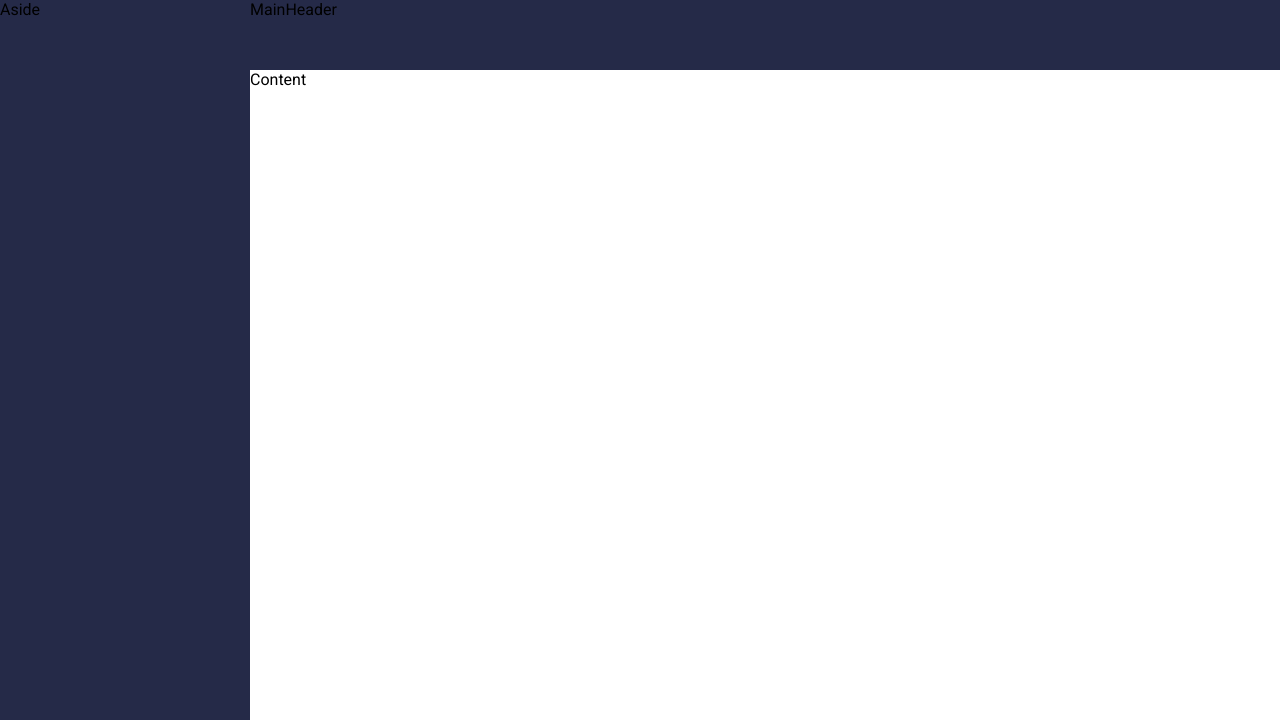
Repository: XFERRER7/dashboard
Page: /
An editor plug-in stored every save of this project. The page is shown before and after the next save, followed by the edit.
The browser window is 1280 px wide. The pictures show the whole page.
The project was rebuilt for these pictures with package versions that can differ from the ones it lists, and the page was loaded fresh each time. Also part of the build but not shown: vite.config.ts.

Above is the page before, as saved 2022-07-06 15:25:25.

### index.html
<!DOCTYPE html>
<html lang="pt-br">

<head>
  <meta charset="UTF-8" />
  <meta name="viewport" content="width=device-width, initial-scale=1.0" />
  <link rel="shortcut icon" href="src/assets/Logo.svg" type="image/x-icon">
  <link rel="preconnect" href="https://fonts.googleapis.com">
  <link rel="preconnect" href="https://fonts.gstatic.com" crossorigin>
  <link href="https://fonts.googleapis.com/css2?family=Roboto:wght@400;500;700&display=swap" rel="stylesheet">
  <title>Dashboard</title>
</head>

<body>
  <div id="root"></div>
  <script type="module" src="/src/main.tsx"></script>
</body>

</html>

### src/main.tsx
import React from 'react'
import ReactDOM from 'react-dom/client'
import {App} from './App'

ReactDOM.createRoot(document.getElementById('root')!).render(
  <React.StrictMode>
    <App />
  </React.StrictMode>
)

### src/App.tsx
import Global from "./styles/Global"
import { Layout } from './components/Layout'
import { ThemeProvider } from 'styled-components'
import dark from './styles/Themes/dark'

export const App = () => {
  return (
    <div>
      <ThemeProvider theme={dark}>
        <Global />
        <Layout />
      </ThemeProvider>
    </div>
  )
}

### src/styles/Global.ts
import { createGlobalStyle } from 'styled-components'

export default createGlobalStyle`

  * {
    margin: 0;
    padding: 0;
    box-sizing: border-box;
  }

  html, body, #root {
    height: 100%;
  }

  *, button, input {
    border: 0;
    outline: 0;
    font-family: 'Roboto', sans-serif;
  }

  button {
    cursor: pointer;
  }

`;

### src/components/Layout/index.tsx
import {Container} from './Styles'
import { MainHeader} from '../MainHeader'
import { Content} from '../Content'
import { Aside} from '../Aside'

export const Layout = () => {
  return (
    <Container>
      <MainHeader/>
      <Aside/>
      <Content/>
    </Container>
  )
}

### src/styles/Themes/dark.ts
export default {
  title: 'dark',

  colors: {
    primary: '#1B1F38',
    secondary: '#252A48',
    tertiary: '##313862',

    white: '#fff',
    black: '#000',
    gray: '#dfdfdf',

    sucess: '#4E41F0',
    info: '#F7931B',
    warnig: '#E44C4E'


  }
}

### src/components/Layout/Styles.ts
import styled from "styled-components"

export const Container = styled.div`
  display: grid;
  grid-template-columns: 250px auto;
  grid-template-rows: 70px auto;

  grid-template-areas:
  'AS MH'
  'AS CT';
  height: 100vh;

`

### src/components/MainHeader/index.tsx
import {Container} from './Styles'


export const MainHeader = () => {
  return (
    <Container>
      <div>MainHeader</div>
    </Container>
  )
}

### src/components/Content/index.tsx
import {Container} from './Styles'


export const Content = () => {
  return (
    <Container>
      <div>Content</div>

    </Container>
  )
}

### src/components/Aside/index.tsx
import {Container} from './Styles'


export const Aside = () => {
  return (
    <Container>
      <div>Aside</div>

    </Container>
  )
}

### src/components/MainHeader/Styles.ts
import styled from "styled-components"

export const Container = styled.div`
  grid-area: MH;

  background-color: ${props => props.theme.colors.secondary};
`

### src/components/Content/Styles.ts
import styled from "styled-components"

export const Container = styled.div`
  grid-area: CT;
  color:
  background-color: ${props => props.theme.colors.primary};
`

### src/components/Aside/Styles.ts
import styled from "styled-components"

export const Container = styled.div`
  grid-area: AS;

  background-color: ${props => props.theme.colors.secondary};
`

After the next save:
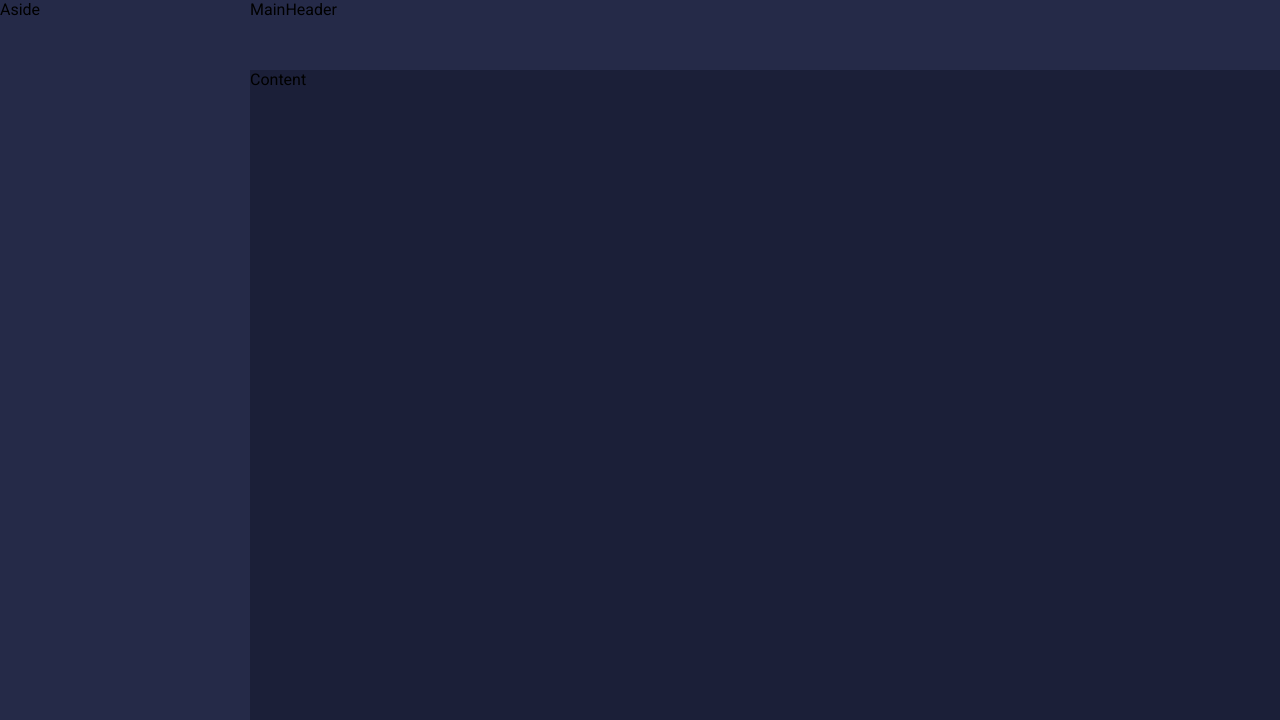
Saved 4 s later.
--- a/src/components/Content/Styles.ts
+++ b/src/components/Content/Styles.ts
@@ -2,6 +2,6 @@ import styled from "styled-components"
 
 export const Container = styled.div`
   grid-area: CT;
-  color:
+  color: ;
   background-color: ${props => props.theme.colors.primary};
 `
